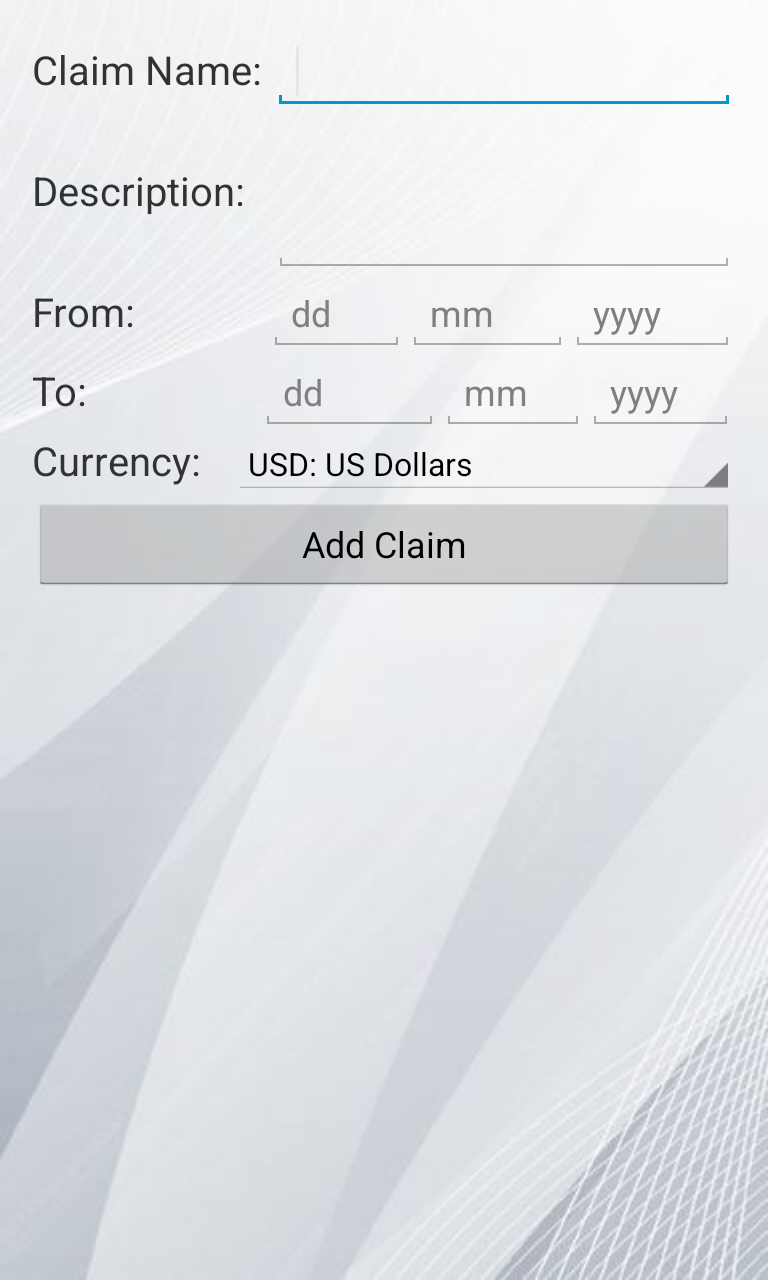
Repository: eorodrig/eorodrigTravelLogger
Layout: TravelLogger/res/layout/activity_new_claim.xml
The author's editor kept a copy of each file at every save. The layout is drawn from the files as they stood at one save, then again after the next save.
It is drawn on a 768 x 1280 px phone screen (xhdpi) without system bars, with theme AppTheme; the app's code is not run. The app's manifest (not shown) leaves right-to-left support off. So textAlignment, textDirection and layoutDirection are ignored, and left and right values win over start and end ones.

Above is the layout before, as saved 2015-01-16 07:05:06.

### TravelLogger/res/layout/activity_new_claim.xml
<RelativeLayout xmlns:android="http://schemas.android.com/apk/res/android"
    xmlns:tools="http://schemas.android.com/tools"
    android:layout_width="wrap_content"
    android:layout_height="wrap_content"
    android:paddingBottom="@dimen/activity_vertical_margin"
    android:paddingLeft="@dimen/activity_horizontal_margin"
    android:paddingRight="@dimen/activity_horizontal_margin"
    android:paddingTop="@dimen/activity_vertical_margin"
    android:background="@drawable/bg"
    tools:context="com.example.travellogger.NewClaimActivity" >

    <LinearLayout
        android:layout_width="match_parent"
        android:layout_height="wrap_content"
        android:orientation="vertical" >

        <LinearLayout
            android:layout_width="match_parent"
            android:layout_height="wrap_content" >

            <TextView
                android:id="@+id/textView1"
                android:layout_width="120dp"
                android:layout_height="wrap_content"
                android:text="@string/claim_name"
                android:textSize="20sp" />

            <EditText
                android:id="@+id/NewClaimNameText"
                android:layout_width="wrap_content"
                android:layout_height="wrap_content"
                android:layout_weight="1" >

                <requestFocus />
            </EditText>

        </LinearLayout>

        <LinearLayout
            android:layout_width="match_parent"
            android:layout_height="wrap_content" >

            <TextView
                android:id="@+id/textView2"
                android:layout_width="120dp"
                android:layout_height="wrap_content"
                android:text="@string/claim_description"
                android:textSize="20sp" />

            <EditText
                android:id="@+id/editText2"
                android:layout_width="wrap_content"
                android:layout_height="wrap_content"
                android:layout_weight="1"
                android:inputType="textMultiLine"
                android:lines="3" />

        </LinearLayout>

        <LinearLayout
            android:layout_width="match_parent"
            android:layout_height="wrap_content" >

            <TextView
                android:id="@+id/textView3"
                android:layout_width="75dp"
                android:layout_height="wrap_content"
                android:layout_weight="1.68"
                android:text="@string/from_date"
                android:textAlignment="textEnd"
                android:textSize="20sp" />

            <EditText
                android:id="@+id/editText3"
                android:layout_width="wrap_content"
                android:layout_height="wrap_content"
                android:layout_weight="1"
                android:hint="dd"
                android:inputType="number" />

            <EditText
                android:id="@+id/editText4"
                android:layout_width="wrap_content"
                android:layout_height="wrap_content"
                android:layout_weight="1"
                android:hint="mm"
                android:inputType="number" />

            <EditText
                android:id="@+id/editText5"
                android:layout_width="wrap_content"
                android:layout_height="wrap_content"
                android:layout_weight="1"
                android:hint="yyyy"
                android:inputType="number" />

        </LinearLayout>

        <LinearLayout
            android:layout_width="match_parent"
            android:layout_height="wrap_content" >

            <TextView
                android:id="@+id/textView4"
                android:layout_width="75dp"
                android:layout_height="wrap_content"
                android:layout_weight="0.31"
                android:text="@string/to_date"
                android:textSize="20sp" />

            <EditText
                android:id="@+id/editText6"
                android:layout_width="22dp"
                android:layout_height="wrap_content"
                android:layout_weight="0.55"
                android:ems="10"
                android:hint="dd"
                android:inputType="number" />

            <EditText
                android:id="@+id/editText7"
                android:layout_width="68dp"
                android:layout_height="wrap_content"
                android:layout_weight="0.04"
                android:ems="10"
                android:hint="mm"
                android:inputType="number" />

            <EditText
                android:id="@+id/editText8"
                android:layout_width="66dp"
                android:layout_height="wrap_content"
                android:layout_weight="0.07"
                android:ems="10"
                android:hint="yyyy"
                android:inputType="number" />

        </LinearLayout>

        <LinearLayout
            android:layout_width="match_parent"
            android:layout_height="wrap_content" >

            <TextView
                android:id="@+id/textView5"
                android:layout_width="100dp"
                android:layout_height="wrap_content"
                android:text="@string/currency_type"
                android:textSize="20sp" />

            <Spinner
                android:id="@+id/spinner1"
                android:layout_width="wrap_content"
                android:layout_height="wrap_content"
                android:layout_weight="1"
                android:entries="@array/currency_spinner" />

        </LinearLayout>

        <Button
            android:id="@+id/button1"
            android:layout_width="match_parent"
            android:layout_height="wrap_content"
            android:text="@string/add_claim_button" />

    </LinearLayout>

</RelativeLayout>

### TravelLogger/res/values/strings.xml
<?xml version="1.0" encoding="utf-8"?>
<resources>

    <string name="app_name">Expense Logger</string>
    <string name="hello_world">Hello world!</string>
    <string name="action_settings">Settings</string>
    <string name="title_activity_new_claim">Add New Claim</string>

    <string name="claim_name">Claim Name:</string>
    <string name="claim_description">Description:</string>
    <string name="from_date">From:</string>
    <string name="to_date">To:</string>
    <string name="currency_type">Currency:</string>

    <string-array name="currency_spinner">
        <item>USD: US Dollars</item>
        <item>CAD: Canadian Dollars</item>
        <item>EUR: Euro</item>
        <item>GBP: Pounds</item>
        <item>CNY: Chinese Yen</item>
        <item>RUB: Rubble</item>
    </string-array>

    <string name="add_claim_button">Add Claim</string>

</resources>

Loaded but not shown: TravelLogger/res/values/styles.xml (common file); TravelLogger/res/values-v11/styles.xml (common file); TravelLogger/res/values-v14/styles.xml (common file); TravelLogger/res/values/dimens.xml (common file); TravelLogger/res/values-w820dp/dimens.xml (common file)

After the next save:
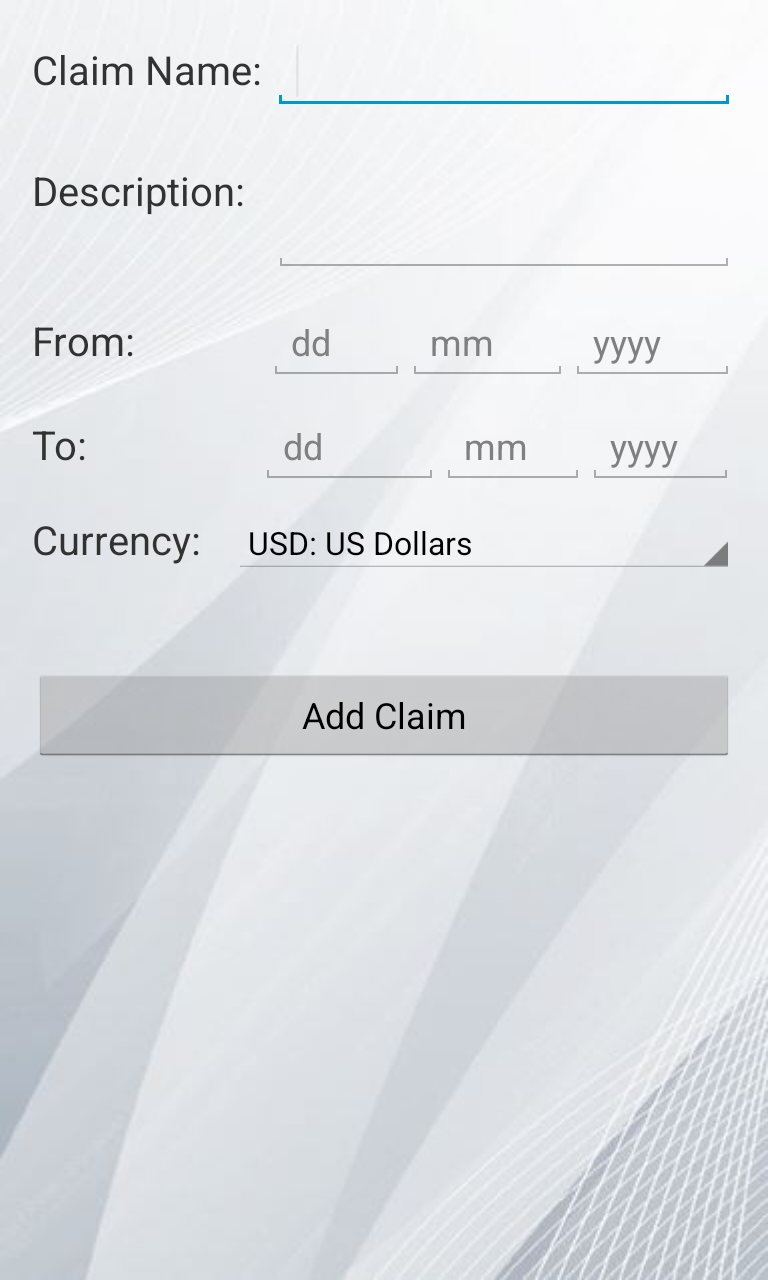
Saved 3 min 18 s later.
--- a/TravelLogger/res/layout/activity_new_claim.xml
+++ b/TravelLogger/res/layout/activity_new_claim.xml
@@ -38,7 +38,7 @@
 
         <LinearLayout
             android:layout_width="match_parent"
-            android:layout_height="wrap_content" >
+            android:layout_height="96dp" >
 
             <TextView
                 android:id="@+id/textView2"
@@ -59,7 +59,7 @@
 
         <LinearLayout
             android:layout_width="match_parent"
-            android:layout_height="wrap_content" >
+            android:layout_height="52dp" >
 
             <TextView
                 android:id="@+id/textView3"
@@ -98,7 +98,7 @@
 
         <LinearLayout
             android:layout_width="match_parent"
-            android:layout_height="wrap_content" >
+            android:layout_height="52dp" >
 
             <TextView
                 android:id="@+id/textView4"
@@ -139,7 +139,7 @@
 
         <LinearLayout
             android:layout_width="match_parent"
-            android:layout_height="wrap_content" >
+            android:layout_height="78dp" >
 
             <TextView
                 android:id="@+id/textView5"
